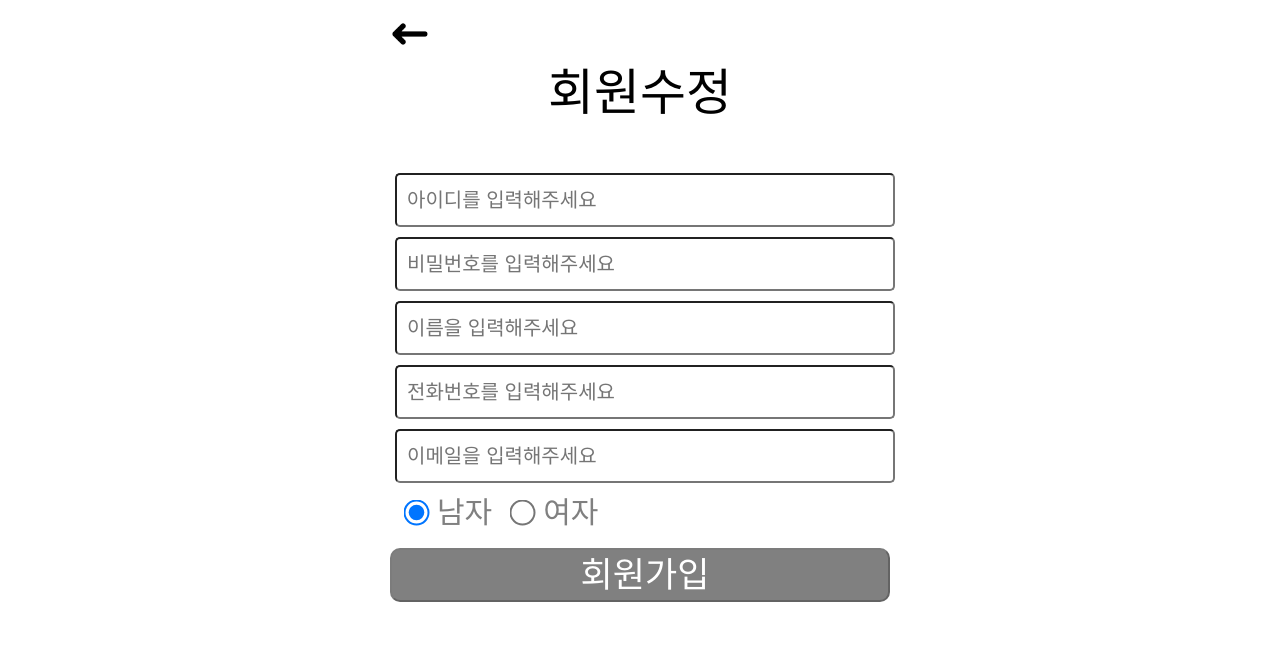
Repository: jaehunjeong4103/WebProject
Page: http://localhost/Web/view/member/update
The author's editor kept a copy of each file at every save. The page is drawn from the files as they stood at one save, then again after the next save.
The browser window is 1280 px wide. The pictures show the whole page.
Some web fonts or font styles are not loaded; a fallback is used. The page is served by Tomcat 9.

Above is the page before, as saved 2023-06-05 08:49:34.

After the next save:
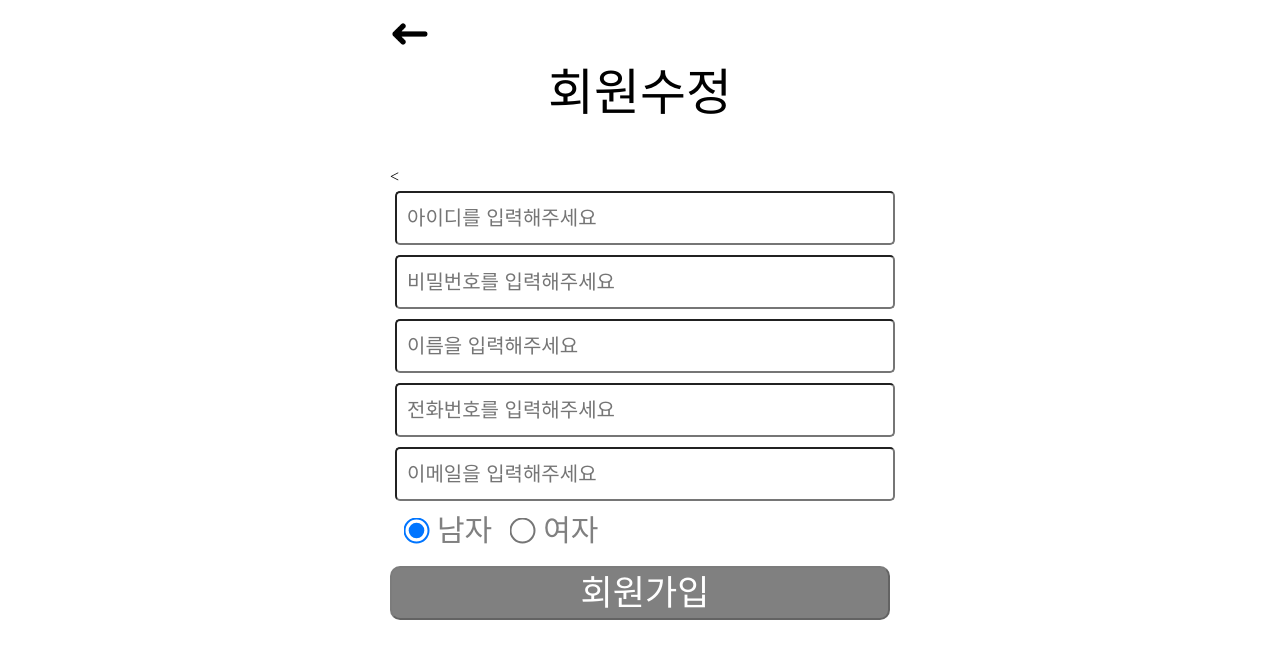
Saved 4 min 8 s later.
--- a/Web/src/main/webapp/WEB-INF/view/member/update.jsp
+++ b/Web/src/main/webapp/WEB-INF/view/member/update.jsp
@@ -20,17 +20,30 @@
 			</div>
 		</header>
 		<form action="register" method="post">
+			<
 			<section>
-				<input type="text" placeholder="아이디를 입력해주세요" class="input_text id" name="ID" value="${logIn_id}">
+				<input type="text" placeholder="아이디를 입력해주세요" class="input_text id" name="ID" value="${member_list.id}">
 			  </input>
-				<input type="text" placeholder="비밀번호를 입력해주세요" class="input_text password" name="PASSWORD">
-			  <input type="text" placeholder="이름을 입력해주세요" class="input_text name" name="NAME">
-				<input type="text" placeholder="전화번호를 입력해주세요" class="input_text phone" name="PHONE">
-				<input type="text" placeholder="이메일을 입력해주세요" class="input_text email" name="EMAIL">
-			  	<input style="scale:2" type="radio" name="GENDER" id="male" value="male" checked="checked">
+				<input type="text" placeholder="비밀번호를 입력해주세요" class="input_text password" name="PASSWORD" value="${member_list.password}">
+			  <input type="text" placeholder="이름을 입력해주세요" class="input_text name" name="NAME" value="${member_list.name}">
+				<input type="text" placeholder="전화번호를 입력해주세요" class="input_text phone" name="PHONE" value="${member_list.phone}">
+				<input type="text" placeholder="이메일을 입력해주세요" class="input_text email" name="EMAIL" value="${member_list.email}">
+
+			  	<c:choose>
+			  		<c:when test="${member_list == male}">
+			  		<input style="scale:2" type="radio" name="GENDER" id="male" value="male" checked="checked">
 			    	<label for="male">남자</label>
-			    <input style="scale:2" type="radio" name="GENDER" id="female" value="female">
+			    	<input style="scale:2" type="radio" name="GENDER" id="female" value="female">
 			    	<label for="female">여자</label>
+			  		</c:when>
+			  		<c:when test="${member_list == female}">
+			  		<input style="scale:2" type="radio" name="GENDER" id="male" value="male">
+			    	<label for="male">남자</label>
+			    	<input style="scale:2" type="radio" name="GENDER" id="female" value="female" checked="checked">
+			    	<label for="female">여자</label>
+			  		</c:when>
+			  	</c:choose>
+
 		    	<input type="submit" value="회원가입" id="register_button" class="button">
 			</section>
 		</form>

After the save that followed:
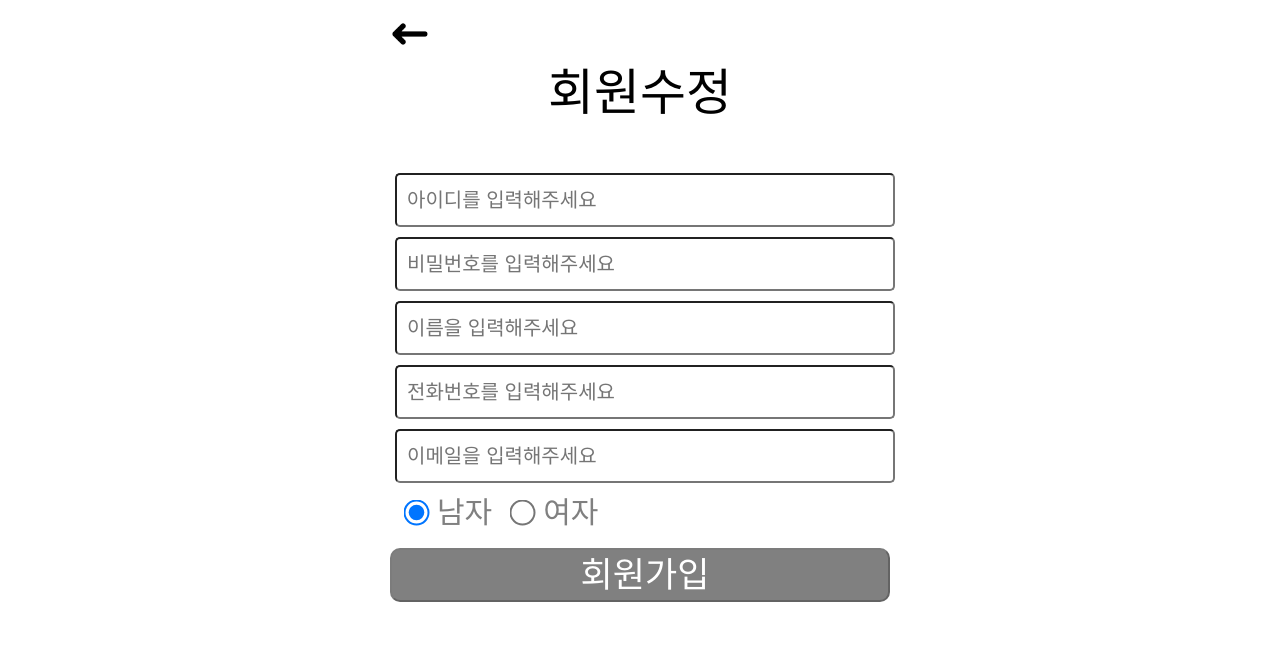
Saved 72 s later.
--- a/Web/src/main/webapp/WEB-INF/view/member/update.jsp
+++ b/Web/src/main/webapp/WEB-INF/view/member/update.jsp
@@ -20,7 +20,6 @@
 			</div>
 		</header>
 		<form action="register" method="post">
-			<
 			<section>
 				<input type="text" placeholder="아이디를 입력해주세요" class="input_text id" name="ID" value="${member_list.id}">
 			  </input>
